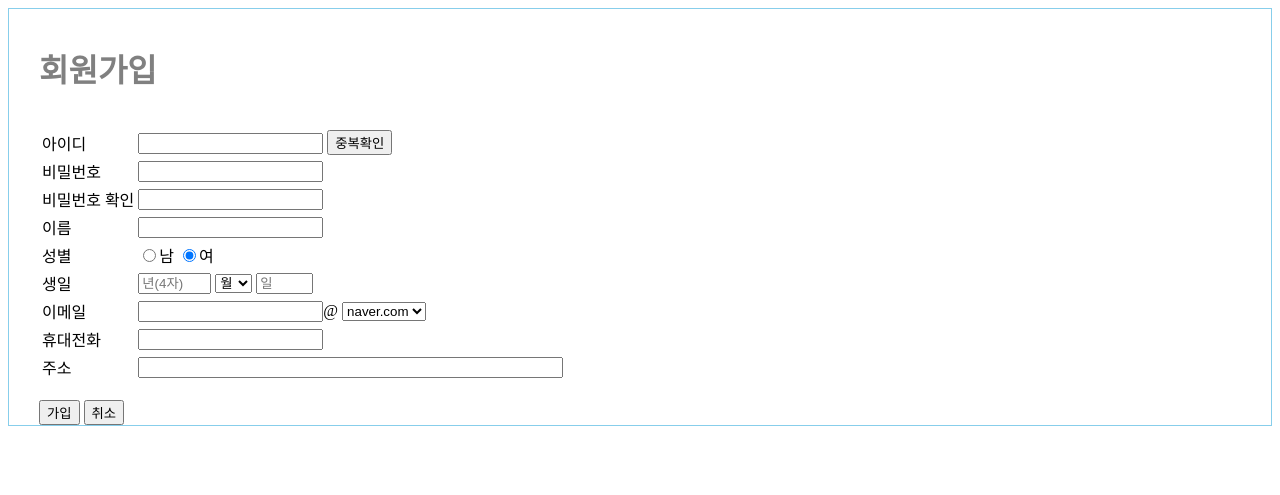
Repository: yoojisoo/YONSAI
Page: http://localhost/teatJava/html/join.jsp
An editor plug-in stored every save of this project. The page is shown before and after the next save, followed by the edit.
The browser window is 1280 px wide. The pictures show the whole page.
The page is served by Tomcat 9.

Above is the page before, as saved 2021-08-20 06:42:44.

After the next save:
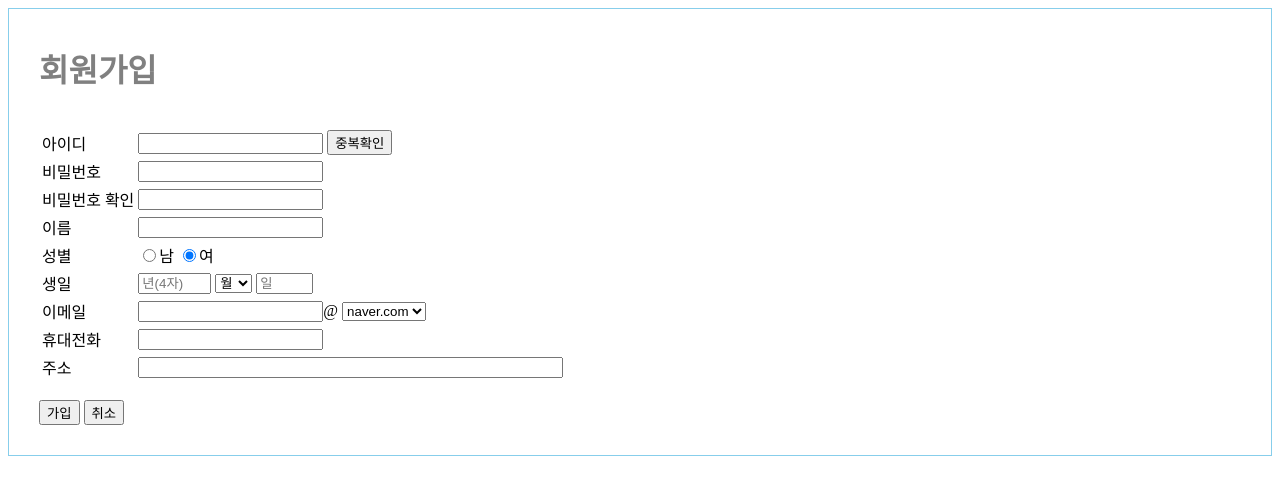
Saved 74 s later.
--- a/jsworkspace/teatJava/src/main/webapp/html/join.jsp
+++ b/jsworkspace/teatJava/src/main/webapp/html/join.jsp
@@ -10,6 +10,7 @@
 	$(document).ready(function(){
 	        $("#join").css({
 	        	"padding-left":"30px",
+	        	"padding-bottom":"30px",
 	        	"border":"1px solid skyblue"
 
 	        })
